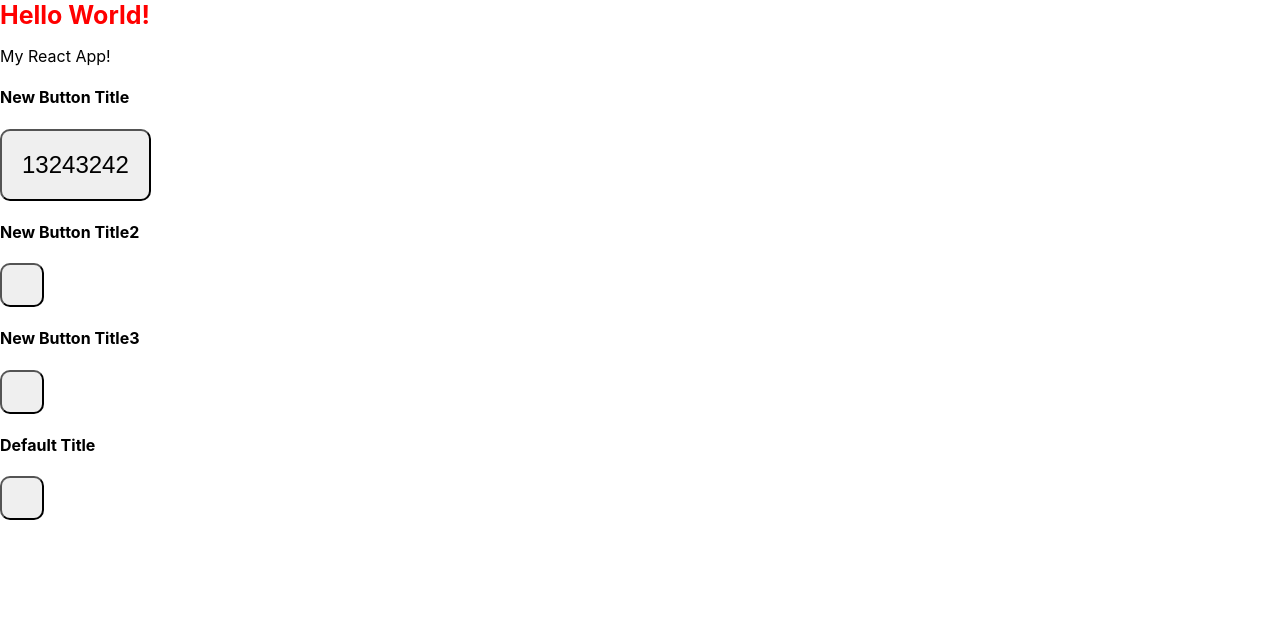
Repository: ruslan-horaiskyi/weatherApp
Page: /
The author's editor kept a copy of each file at every save. The page is drawn from the files as they stood at one save, then again after the next save.
The browser window is 1280 px wide. The pictures show the whole page.
The project was rebuilt for these pictures with package versions that can differ from the ones it lists, and the page was loaded fresh each time.

Above is the page before, as saved 2023-04-20 16:39:21.

### src/App.jsx
import "./App.css";
import  Button  from './components/Button/Button'
// import Input from './components/Button'

const App = () => {
  console.log("App component");

  return (
    <>
      <div className="custom-h1">Hello World!</div>
      <p>My React App!</p>
      <Button title={'New Button Title'}>13243242</Button>
      <Button title={'New Button Title2'} />
      <Button title={'New Button Title3'} />
      <Button />
    </>
  );
};

export default App;

### src/App.css
.custom-h1 {
  color: red;
  font-size: 25px;
  font-weight: bold;
}

### src/components/Button/Button.jsx
import "./Button.css";

const Button = ({ title = "Default Title", children }) => {
  return (
    <>
      <h4>{title}</h4>
      <button
        className="custom-button"
        onClick={() => {
          console.log("Button clicked!");
        }}
      >
        {children}
      </button>
    </>
  );
};

export default Button;

### src/components/Button/Button.css
.custom-button {
  padding: 20px;
  border-radius: 10px;
  font-size: 24px;
  cursor: pointer;
}

Loaded but not shown: public/index.html (common file); src/index.js (common file); src/index.css (common file)

After the next save:
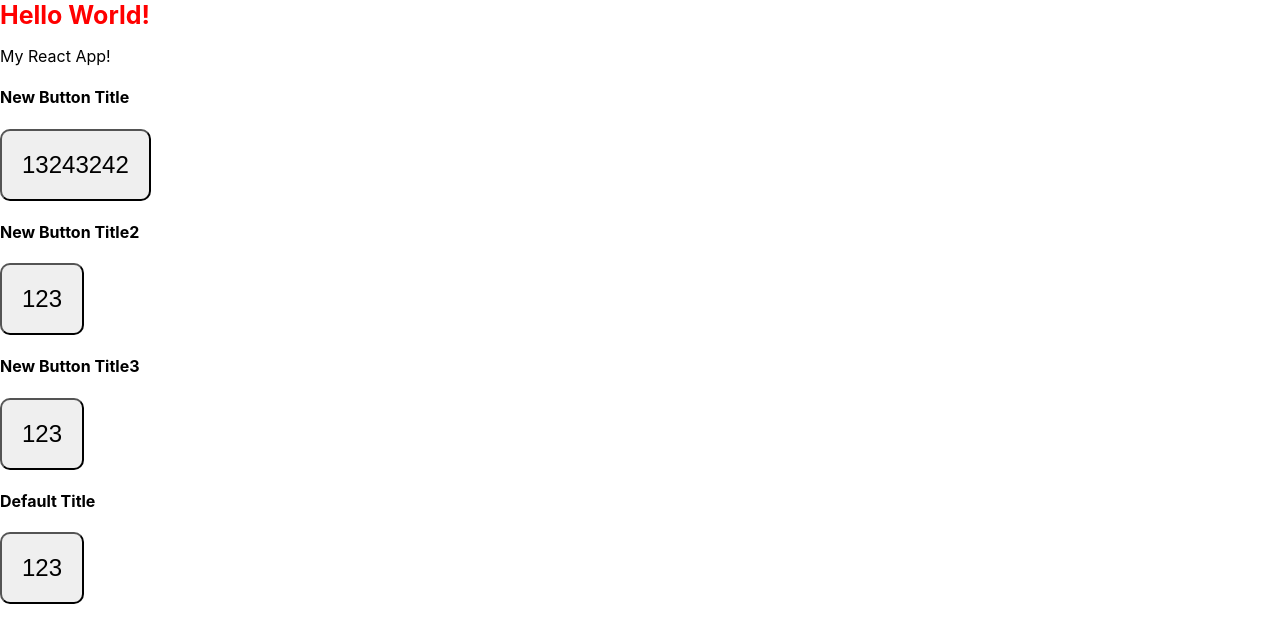
Saved 10 s later.
--- a/src/components/Button/Button.jsx
+++ b/src/components/Button/Button.jsx
@@ -1,6 +1,6 @@
 import "./Button.css";
 
-const Button = ({ title = "Default Title", children }) => {
+const Button = ({ title = "Default Title", children = "123" }) => {
   return (
     <>
       <h4>{title}</h4>
